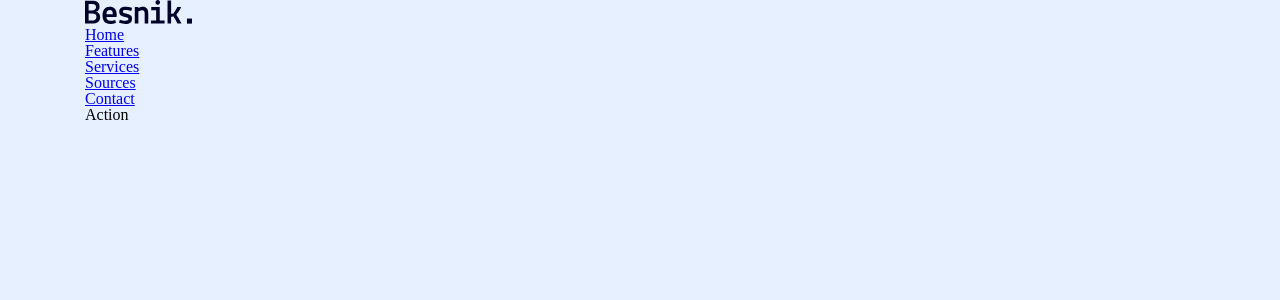
Repository: Daidoichihuy/project-01
Page: index.html
The author's editor kept a copy of each file at every save. The page is drawn from the files as they stood at one save, then again after the next save.
The browser window is 1280 px wide. The pictures show the whole page.

Above is the page before, as saved 2024-04-28 09:48:35.

After the next save:
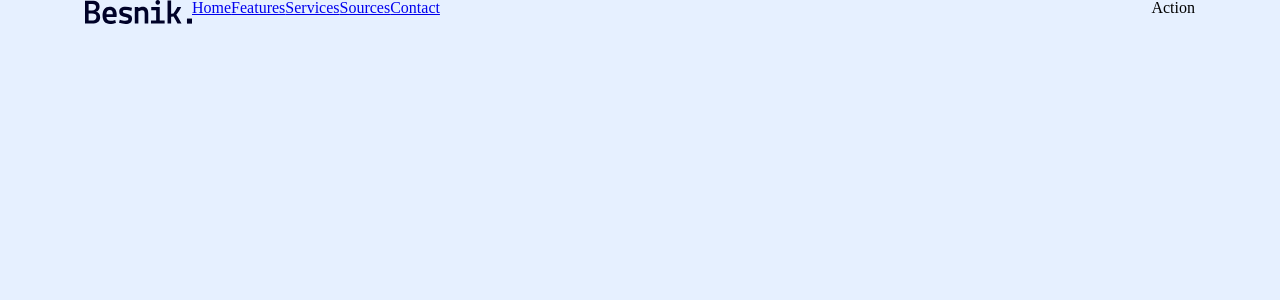
Saved 6 s later.
--- a/index.html
+++ b/index.html
@@ -12,7 +12,7 @@
     <main>
       <header class="header">
         <div class="content">
-          <nav class="narbar">
+          <nav class="navbar">
             <!-- LOGO -->
             <img src="./assets/imgs/Logo.svg" alt="Besnik." />
             <!-- NAVIGATION -->
